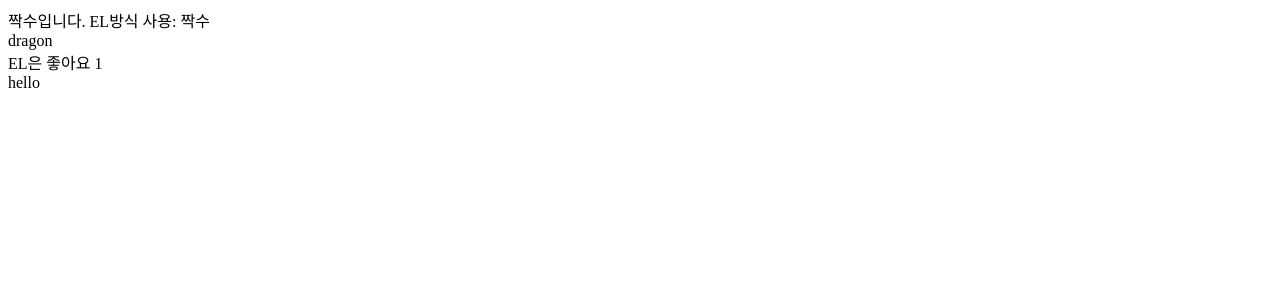
Repository: tokyj515/jsp_study
Page: http://localhost/JSPProj/spag
An editor plug-in stored every save of this project. The page is shown before and after the next save, followed by the edit.
The browser window is 1280 px wide. The pictures show the whole page.
The page is served by Tomcat 9.

Above is the page before, as saved 2022-03-08 09:48:49.

After the next save:
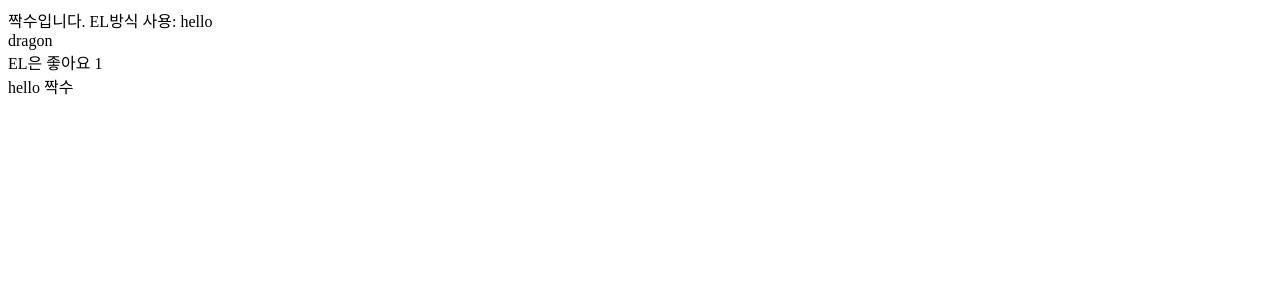
Saved 2 h 37 min later.
--- a/JSPProj/src/main/webapp/spag.jsp
+++ b/JSPProj/src/main/webapp/spag.jsp
@@ -9,7 +9,7 @@
 <title>Insert title here</title>
 </head>
 <%
-pageContext.setAttribute("aa", "hello"); //페이지객체
+pageContext.setAttribute("result", "hello"); //페이지객체
 %>
 <body>
 	<%=request.getAttribute("result") %>입니다.
@@ -17,7 +17,8 @@ pageContext.setAttribute("aa", "hello"); //페이지객체
 	${names[1]} <br >
 	${notice.title}
 	${notice.id}<br >
-	${aa}
+	${result}
+	${requestScope.result}
 
 </body>
 </html>
